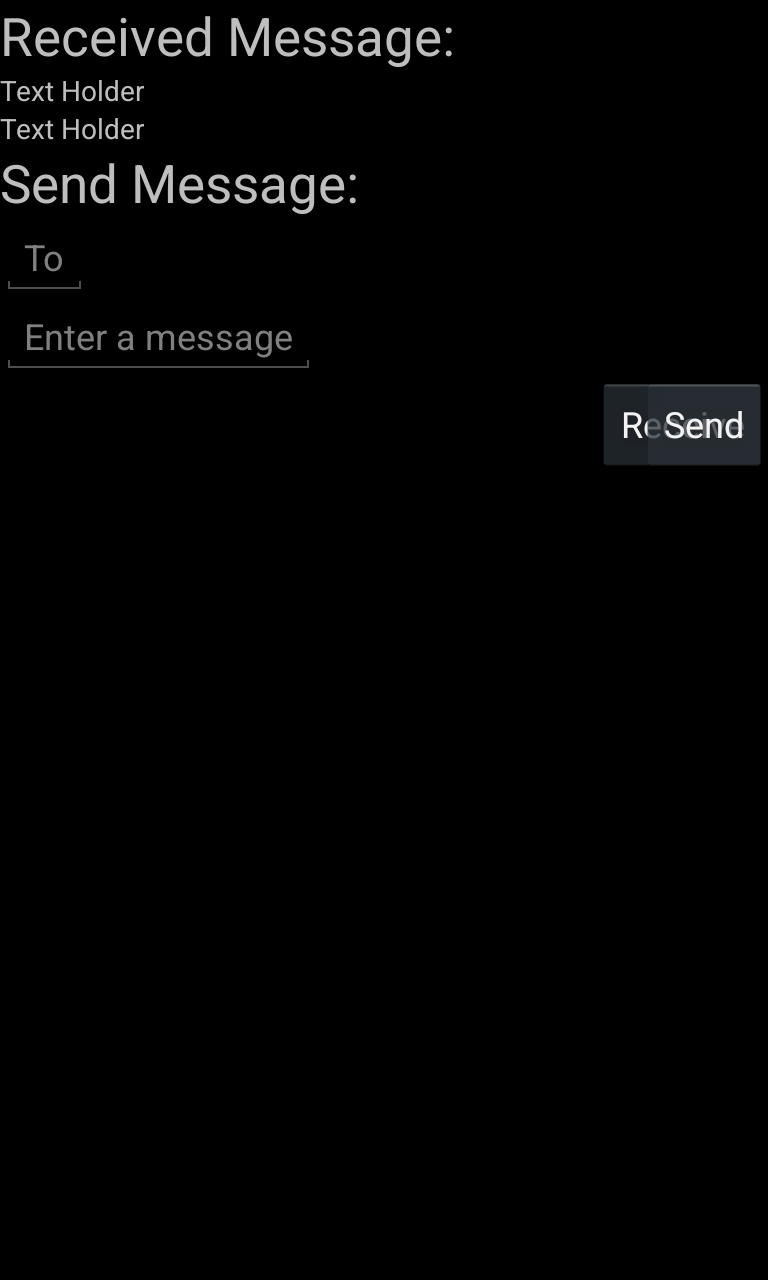
Repository: tomcynicholls/ThirdYearProject
Layout: JavaCode/App/res/layout/main.xml
The author's editor kept a copy of each file at every save. The layout is drawn from the files as they stood at one save, then again after the next save.
It is drawn on a 768 x 1280 px phone screen (xhdpi) without system bars, with theme android:Theme.Holo; the app's code is not run.

Above is the layout before, as saved 2013-01-28 22:11:25.

### JavaCode/App/res/layout/main.xml
<?xml version="1.0" encoding="utf-8"?>
<LinearLayout xmlns:android="http://schemas.android.com/apk/res/android"
    xmlns:tools="http://schemas.android.com/tools"
    android:layout_width="match_parent"
    android:layout_height="match_parent"
    android:orientation="vertical" >

    <TextView
        android:id="@+id/textview_title"
        android:layout_width="wrap_content"
        android:layout_height="wrap_content"
        android:textSize="12pt"
        android:text="@string/receive_title" />

    <TextView
        android:id="@+id/textview_from"
        android:layout_width="wrap_content"
        android:layout_height="wrap_content"
        android:text="@string/holder" />

     <TextView
        android:id="@+id/textview_message"
        android:layout_width="wrap_content"
        android:layout_height="wrap_content"
        android:text="@string/holder" />

     <TextView
        android:id="@+id/textview_sendtitle"
        android:layout_width="wrap_content"
        android:layout_height="wrap_content"
        android:textSize="12pt"
        android:text="@string/send_title" />

      <EditText android:id="@+id/edit_receiver"
        android:layout_height="wrap_content"
        android:layout_width="wrap_content"
        android:hint="@string/edit_receiver" />


    <EditText android:id="@+id/edit_message"
        android:layout_height="wrap_content"
        android:layout_width="wrap_content"
        android:hint="@string/edit_message" />

    <RelativeLayout
            android:id="@+id/innerrel"
            android:layout_width="match_parent"
            android:layout_height="wrap_content"
            android:orientation="horizontal" >
    <Button
        android:layout_width="wrap_content"
        android:layout_height="wrap_content"
        android:text="@string/button_receive"
        android:onClick="receiveMessage"
        android:layout_alignParentRight="true" />

    <Button
        android:layout_width="wrap_content"
        android:layout_height="wrap_content"
        android:text="@string/button_send"
        android:onClick="sendMessage"
        android:layout_alignParentRight="true" />

    </RelativeLayout>
</LinearLayout>

### JavaCode/App/res/values/strings.xml
<?xml version="1.0" encoding="utf-8"?>
<resources>

    <string name="app_name">TYP App</string>
    <string name="edit_message">Enter a message</string>
    <string name="edit_receiver">To</string>
    <string name="button_send">Send</string>
    <string name="button_receive">Receive</string>
    <string name="receive_title">Received Message:</string>
    <string name="send_title">Send Message:</string>
    <string name="menu_settings">Settings</string>
    <string name="title_activity_main">MainActivity</string>
    <string name="title_activity_display_message">Message</string>
    <string name="hello_world">Hello world!</string>
    <string name="holder">Text Holder</string>
    <string name="title_activity_view_xml_writer">View Xm lWriter</string>
    <string name="from">From</string>
    <string name="message">Message</string>

</resources>

After the next save:
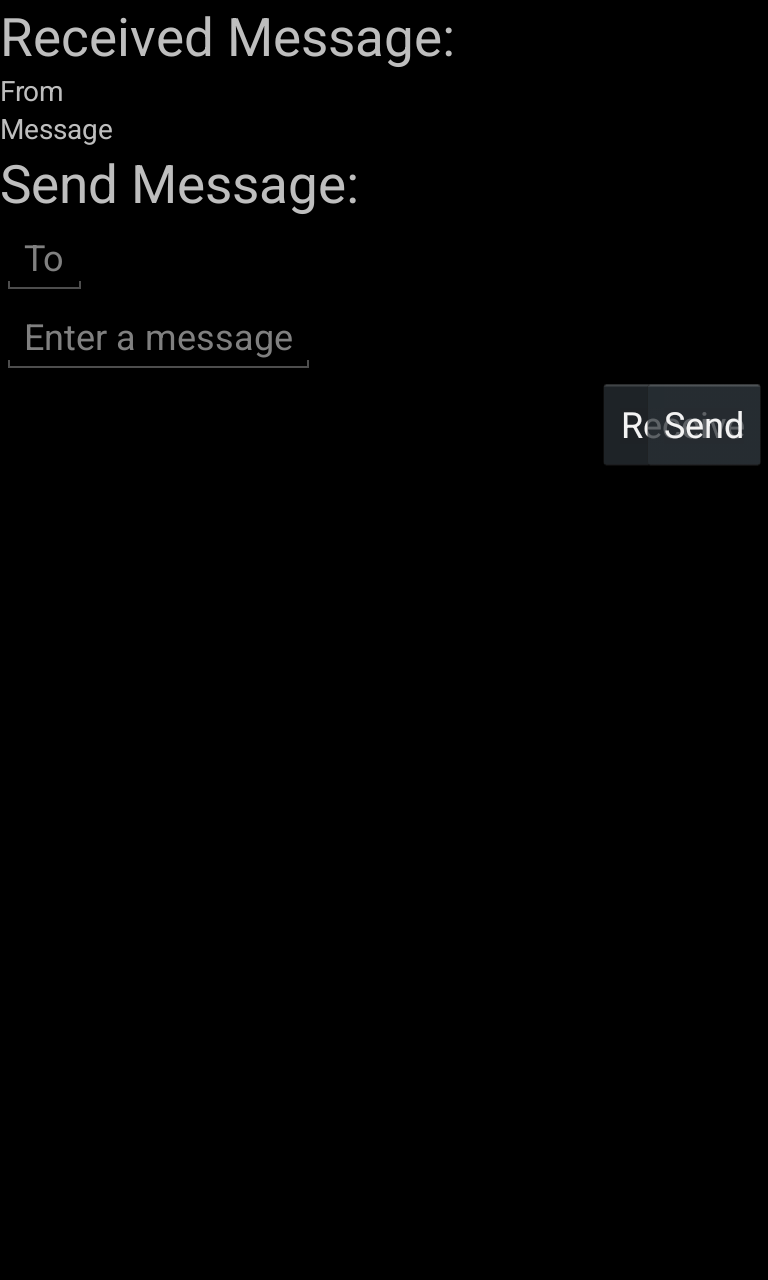
Saved 17 s later.
--- a/JavaCode/App/res/layout/main.xml
+++ b/JavaCode/App/res/layout/main.xml
@@ -16,13 +16,13 @@
         android:id="@+id/textview_from"
         android:layout_width="wrap_content"
         android:layout_height="wrap_content"
-        android:text="@string/holder" />
+        android:text="@string/from" />
 
      <TextView
         android:id="@+id/textview_message"
         android:layout_width="wrap_content"
         android:layout_height="wrap_content"
-        android:text="@string/holder" />
+        android:text="@string/message" />
 
      <TextView
         android:id="@+id/textview_sendtitle"
